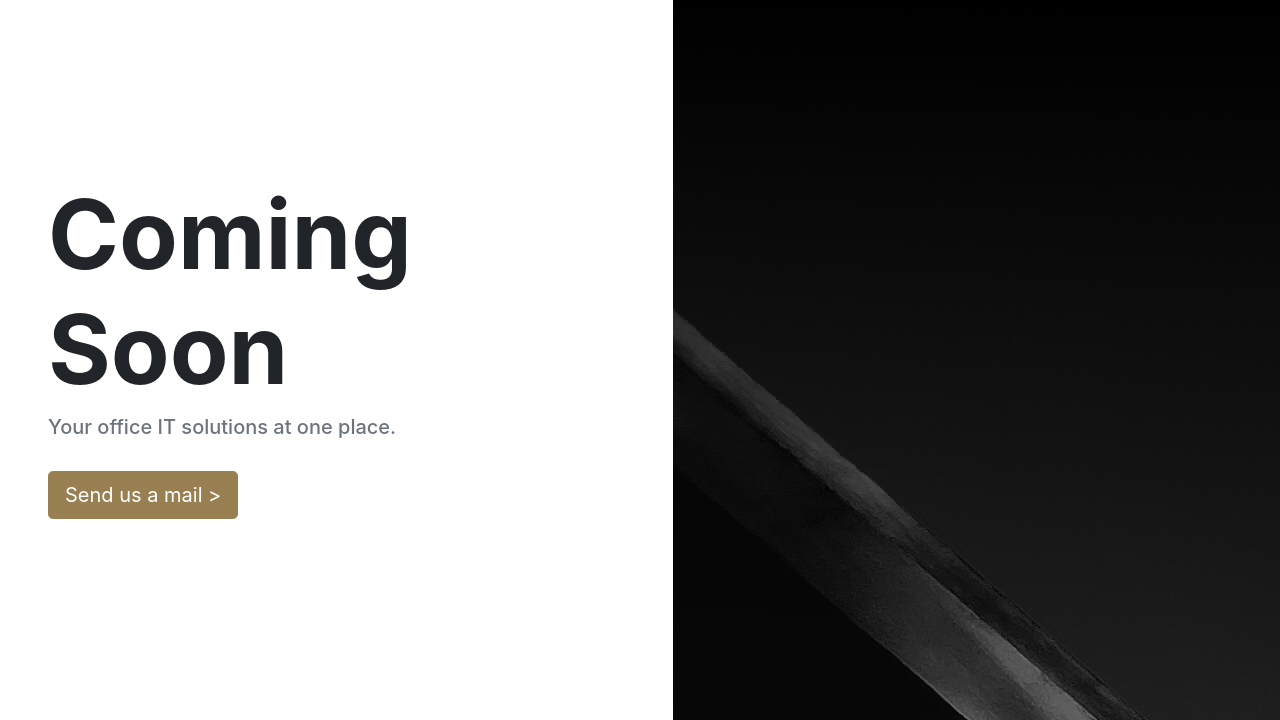
Repository: Thekxgh/website
Page: /
The author's editor kept a copy of each file at every save. The page is drawn from the files as they stood at one save, then again after the next save.
The browser window is 1280 px wide. The pictures show the whole page.
The project was rebuilt for these pictures with package versions that can differ from the ones it lists, and the page was loaded fresh each time.

Above is the page before, as saved 2021-07-14 09:53:07.

### src/index.scss
$primary: #998053;
$dark: #050507;
$light-primary-bg: #DDDEE7;
$light-primary: #DDDEE7;
$theme-colors: (
    "primary": $primary,
    "info": $light-primary,
    "danger": teal,
    "dark": $dark
);

@import '~bootstrap/scss/bootstrap.scss';

.side-img{
 background: linear-gradient(rgba(0, 0, 0, 2), rgba(0, 0, 0, 0.5) ), url('./assets/img/background.jpg') no-repeat;
 min-height: 100vh;
}

### src/App.tsx
import React from 'react';
import { LandingPage } from './presentation/LandingPage';

function App() {
  return (
    <LandingPage />
  );
}

export default App;

### src/presentation/LandingPage.tsx
import { Col, Container, Row } from "react-bootstrap"

export const LandingPage = () => {
    return (
    <Container fluid>
        <Row className="min-vh-100 align-items-center">
            <Col className="p-5">
                <h1 className="display-1 font-weight-bold">Coming Soon</h1>
                <h5 className="text-muted">Your office IT solutions at one place.</h5>
                <a className="btn btn-primary btn-lg my-4" href="mailto:contact@thekxgh.com"> Send us a mail {'>'} </a>
            </Col>
            <Col className="side-img min-vh-100">

            </Col>
        </Row>
    </Container>
    );
}

Loaded but not shown: public/index.html (common file); src/index.tsx (common file)

After the next save:
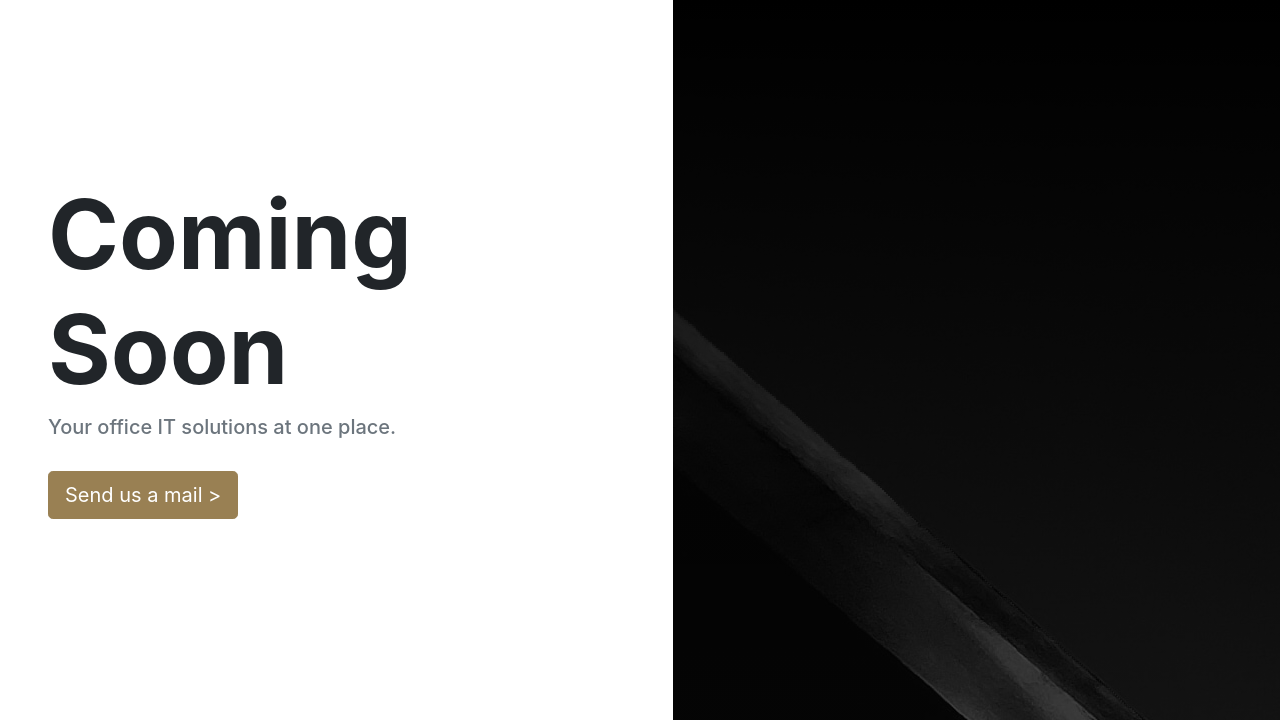
Saved 6 s later.
--- a/src/index.scss
+++ b/src/index.scss
@@ -12,6 +12,6 @@ $theme-colors: (
 @import '~bootstrap/scss/bootstrap.scss';
 
 .side-img{
- background: linear-gradient(rgba(0, 0, 0, 2), rgba(0, 0, 0, 0.5) ), url('./assets/img/background.jpg') no-repeat;
+ background: linear-gradient(rgba(0, 0, 0, 2), rgba(0, 0, 0, 0.7) ), url('./assets/img/background.jpg') no-repeat;
  min-height: 100vh;
 }
